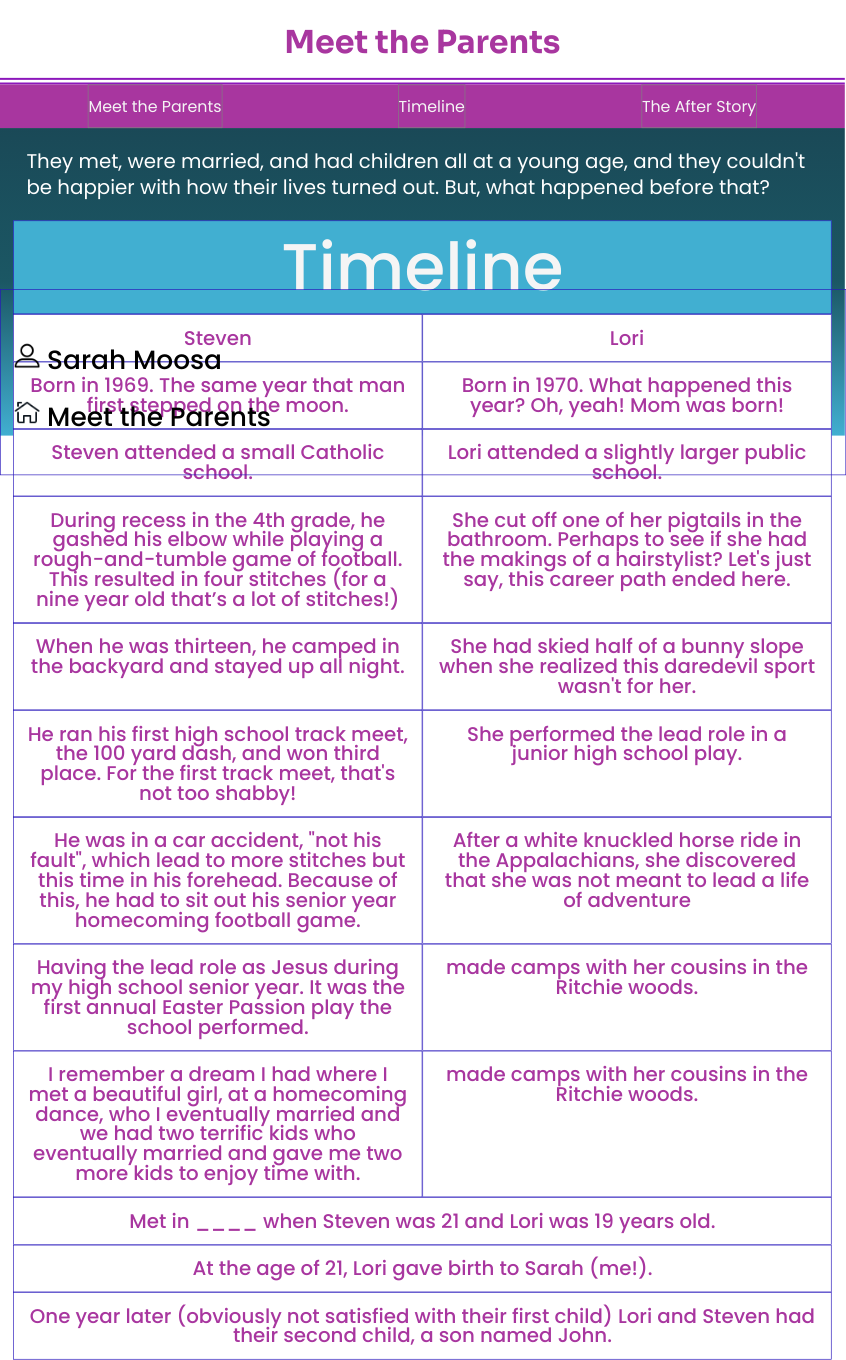
Repository: Sbethm/parents-tribute
Page: timeline.html
These files come from the project's save history. The page is drawn as it stood at one moment and after the next save; the edit follows.
The browser window is 1280 px wide. The page is 1282 px wide, so the pictures cover 1282 px, including what lies to the right of the window. The pictures show the whole page, at 66% of full size.

Above is the page before, as saved 2021-02-11 17:20:22.

### timeline.html
<!DOCTYPE html>
<html>
    <head>
      <meta charset="UTF-8">
      <title>Meet the Parents</title>
      <meta name="description" content="A choose your own story adventure game">
      <meta name="viewport" content="width=device-width, initial-scale=1.0">
      <link rel="preconnect" href="https://fonts.gstatic.com">
      <link href="https://fonts.googleapis.com/css2?family=Poppins:ital,wght@0,400;0,500;0,600;0,700;0,800;0,900;1,400;1,500;1,600;1,700;1,800;1,900&family=Sora:wght@400;500;600;700;800&display=swap" rel="stylesheet"> <!--
        This is used for headings:
        font-family: 'Sora', sans-serif;
        This is used for content:
        font-family: 'Poppins', sans-serif;-->
      <link href="style.css" type="text/css" rel="stylesheet">
    </head>

    <body>

      <header>
        <h1>Meet the Parents</h1>
        <nav class="navigation">
          <a href="index.html">Meet the Parents</a>
          <a href="timeline.html">Timeline</a>
          <a href="aftermarriage.html">The After Story</a>
          </nav>
      </header>
      <main>
        <section>
            <p>They met, were married, and had children all at a young age, and they couldn't be happier with how their lives turned out. But, what happened before that?</p>
        </section>
        <div class="grid">
            <div class="grid-box tl">Timeline</div>
            <div class="grid-box dad">Steven</div>
            <div class="grid-box mom">Lori</div>
            <!---------Dad's Grid Boxes---------->
            <div class="grid-box f-1">Born in 1969. The same year that man  first stepped on the moon.</div>
            <div class="grid-box f-2">Steven attended a small Catholic school.</div>
            <div class="grid-box f-3">During recess in the 4th grade, he gashed his elbow while playing a rough-and-tumble game of football. This resulted in four stitches (for a nine year old that’s a lot of stitches!)</div>
            <div class="grid-box f-4">When he was thirteen, he camped in the backyard and stayed up all night.</div>
            <div class="grid-box f-5">He ran his first high school track meet, the 100 yard dash, and won third place. For the first track meet, that's not too shabby!</div>
            <div class="grid-box f-6">He was in a car accident, "not his fault", which lead to more stitches but this time in his forehead. Because of this, he had to sit out his senior year homecoming football game.</div>
            <div class="grid-box f-7">Having the lead role as Jesus during my high school senior year. It was the first annual Easter Passion play the school performed.</div>
            <div class="grid-box f-8">I remember a dream I had where I met a beautiful girl, at a homecoming dance, who I eventually married and we had two terrific kids who eventually married and gave me two more kids to enjoy time with.</div>
            <!---------Mom's Grid Boxes---------->
            <div class="grid-box m-1">Born in 1970. What happened this year? Oh, yeah! Mom was born!</div>
            <div class="grid-box m-2">Lori attended a slightly larger public school.</div>
            <div class="grid-box m-3">She cut off one of her pigtails in the bathroom. Perhaps to see if she had the makings of a hairstylist? Let's just say, this career path ended here.</div>
            <div class="grid-box m-4">She had skied half of a bunny slope when she realized this daredevil sport wasn't for her.</div>
            <div class="grid-box m-5">She performed the lead role in a junior high school play.</div>
            <div class="grid-box m-6">After a white knuckled horse ride in the Appalachians, she discovered that she was not meant to lead a life of adventure</div>
            <div class="grid-box m-7">made camps with her cousins in the Ritchie woods.</div>
            <div class="grid-box m-8">made camps with her cousins in the Ritchie woods.</div>
            <!--------After They Met Boxes------->
            <div class="grid-box fm-1">Met in ____ when Steven was 21 and Lori was 19 years old.</div>
            <div class="grid-box fm-2">At the age of 21, Lori gave birth to Sarah (me!).</div>
            <div class="grid-box fm-3">One year later (obviously not satisfied with their first child) Lori and Steven had their second child, a son named John.</div>
        </div>
      </main>
      <footer>
        <img class="icon" src="img/profile_icon.png" alt="profile icon">
        Sarah Moosa
        <br><br>
        <img class="icon" src="img/home_icon.png" alt="home icon">
        Meet the Parents
      </footer>
    </body>

</html>

### style.css
/*
html5doctor.com Reset Stylesheet
v1.6.1
Last Updated: 2010-09-17
Author: Richard Clark - http://richclarkdesign.com
Twitter: @rich_clark
*/

html, body, div, span, object, iframe,
h1, h2, h3, h4, h5, h6, p, blockquote, pre,
abbr, address, cite, code,
del, dfn, em, img, ins, kbd, q, samp,
small, strong, sub, sup, var,
b, i,
dl, dt, dd, ol, ul, li,
fieldset, form, label, legend,
table, caption, tbody, tfoot, thead, tr, th, td,
article, aside, canvas, details, figcaption, figure,
footer, header, hgroup, menu, nav, section, summary,
time, mark, audio, video {
    margin:0;
    padding:0;
    border:0;
    outline:0;
    font-size:100%;
    vertical-align:baseline;
    background:transparent;
}

body {
    line-height:1;
}

article,aside,details,figcaption,figure,
footer,header,hgroup,menu,nav,section {
    display:block;
}

nav ul {
    list-style:none;
}

blockquote, q {
    quotes:none;
}

blockquote:before, blockquote:after,
q:before, q:after {
    content:'';
    content:none;
}

a {
    margin:0;
    padding:0;
    font-size:100%;
    vertical-align:baseline;
    background:transparent;
}

/* change colours to suit your needs */
ins {
    background-color:#ff9;
    color:#000;
    text-decoration:none;
}

/* change colours to suit your needs */
mark {
    background-color:#ff9;
    color:#000;
    font-style:italic;
    font-weight:bold;
}

del {
    text-decoration: line-through;
}

abbr[title], dfn[title] {
    border-bottom:1px dotted;
    cursor:help;
}

table {
    border-collapse:collapse;
    border-spacing:0;
}

/* change border colour to suit your needs */
hr {
    display:block;
    height:1px;
    border:0;
    border-top:1px solid #cccccc;
    margin:1em 0;
    padding:0;
}

input, select {
    vertical-align:middle;
}

/* MY CODE BELOW */

body {
    width: 100vw;
}

main {
    width: calc(100vw - 40px);
    height: calc(100vh - 294px);
    padding: 20px 20px;
    background-color: rgb(255, 255, 255);
}

header {
    width: 100vw;
    padding-top: 40px;
    color: rgb(168, 54, 159);
    background-color: rgb(255, 255, 255);
    display: flex;
    flex-direction: column;
    justify-content: center;
}

h1 {
    width: 100%;
    font-family: 'Sora', sans-serif;
    font-size: 3em;
    font-weight: 700;
    text-align: center;
    border-bottom: double 10px rgb(140, 23, 187);
    padding-bottom: 30px;
}

.navigation {
    width: 100%;
    background-color: rgb(168, 54, 159);
    text-align: center;
    display: flex;
    flex-direction: row;
    justify-content: space-around;
}

a {
    padding: 20px 0;
    background-color: rgb(168, 54, 159);
    font-family: 'Poppins', sans-serif;
    font-size: 1em;
    color: whitesmoke;
    text-decoration: none;
    border: solid 1px grey;
}

a:hover {
    background-color: wheat;
}

section {
    width: 100%;
    background-color: rgb(65, 175, 209);
    border: solid 1px rgb(40, 23, 187);
}

h2 {
    max-width: 100%;
    padding: 10px 20px;
    font-family: 'Sora', sans-serif;
    font-size: 1.5em;
    font-weight: 600;
    color: rgb(168, 54, 159);
}

.disney-adventure__img,
.img-sitting {
    max-width: 100%;
    height: auto;
    justify-content: center;
    align-content: center;
    border-top: solid 3px whitesmoke;
    border-bottom: solid 3px whitesmoke;
}

p {
    padding: 10px 20px;
    font-family: 'Poppins', sans-serif;
    font-size: 1em;
    line-height: 20px;
    color: rgb(255, 255, 255);
}

.grid {
    display: grid;
    margin: 20px 0;
    grid-template-columns: 1fr 1fr;
    grid-template-rows: repeat(13, fit-content);
    grid-template-areas:
        "tl tl"
        "dad mom"
        "f-1 m-1"
        "f-2 m-2"
        "f-3 m-3"
        "f-4 m-4"
        "f-5 m-5"
        "f-6 m-6"
        "f-7 m-7"
        "f-8 m-8"
        "fm-1 fm-1"
        "fm-2 fm-2"
        "fm-3 fm-3";
}

.grid-box {
    border: solid 1px rgb(40, 23, 187);
    background-color: rgb(255, 255, 255);
    padding: 5px;
    color: rgb(168, 54, 159);
    text-align: center;
    font-family: 'Poppins', sans-serif;
    font-weight: 500;
    font-size: 1em;
}

.tl {
    grid-area: tl;
    font-size: 1.5em;
    font-weight: 500;
    color: whitesmoke;
    background-color: rgb(65, 175, 209);
}
.dad {
    grid-area: dad;
}

.mom {
    grid-area: mom;
}

.f-1 {
    grid-area: f-1;
}

.f-2 {
    grid-area: f-2;

}

.f-3 {
    grid-area: f-3;

}

.f-4 {
    grid-area: f-4;

}

.f-5 {
    grid-area: f-5;

}

.f-6 {
    grid-area: f-6;

}

.f-7 {
    grid-area: f-7;

}

.f-8 {
    grid-area: f-8;

}

.m-1 {
    grid-area: m-1;
}

.m-2 {
    grid-area: m-2;
}

.m-3 {
    grid-area: m-3;
}

.m-4 {
    grid-area: m-4;
}

.m-5 {
    grid-area: m-5;
}

.m-6 {
    grid-area: m-6;
}

.m-7 {
    grid-area: m-7;
}

.m-8 {
    grid-area: m-8;
}

.fm-1 {
    grid-area: fm-1;
}

.fm-2 {
    grid-area: fm-2;
}

.fm-3 {
    grid-area: fm-3;
}

footer {
    width: calc(100vw - 40px);
    height: 100px;
    padding: 40px 20px 0 20px;
    position: absolute;
    bottom: 0;
    font-family: 'Poppins', sans-serif;
    font-size: 1em;
    font-weight: 500;
    border: solid 1px rgb(40, 23, 187);
}

.icon {
    width: 20px;
    height: auto;
}


@media screen and (min-width: 700px) and (max-width: 1500px) {

    main {
        background-image: linear-gradient(180deg, rgb(26, 73, 87), rgb(27, 87, 100), rgb(65, 175, 209));
    }

    a {
        font-size: 1.5em;
    }
    p {
        padding: 0;
        font-family: 'Poppins', sans-serif;
        font-size: 0.25em;
        line-height: 20px;
        color: rgb(255, 255, 255);
    }

    section {
        width: 100%;
        background-color: rgb(40, 23, 187, 0);
        border: none;
    }

    .section__intro {
        display: grid;
        grid-template-columns: 50% 50%;
        grid-template-rows: 100px 400px;
        grid-template-areas:
            "title p1"
            "picture p2";
    }

    section h2 {
        grid-area: title;
        align-self: center;
        justify-self: center;
    }

    h2 {
        font-size: 2.5em;
        color: rgb(243, 101, 231);
    }

    .img-sitting {
        max-height: 360px;
        margin-bottom: 20px;
        border: double 3px whitesmoke;
        grid-area: picture;
        justify-self: center;
        align-self: center;
    }

    .p1 {
        align-self: flex-start;
        grid-area: p2;
        font-size: 1.5em;
        padding-left: 40px;
    }

    .p2 {
        align-self: flex-end;
        grid-area: p2;
        font-size: 1.5em;
        padding-left: 40px;
        padding-bottom: 30px;
    }

    p {
        padding: 10px 20px;
        font-family: 'Poppins', sans-serif;
        font-size: 30px;
        line-height: 40px;
        color: rgb(255, 255, 255);
    }

    .grid {
        display: grid;
        margin: 20px 0;
        grid-template-columns: 1fr 1fr;
        grid-template-rows: repeat(13, fit-content);
        grid-template-areas:
            "tl tl"
            "dad mom"
            "f-1 m-1"
            "f-2 m-2"
            "f-3 m-3"
            "f-4 m-4"
            "f-5 m-5"
            "f-6 m-6"
            "f-7 m-7"
            "f-8 m-8"
            "fm-1 fm-1"
            "fm-2 fm-2"
            "fm-3 fm-3";
    }

    .grid-box {
        border: solid 1px rgb(40, 23, 187);
        background-color: rgb(255, 255, 255);
        padding: 20px;
        color: rgb(168, 54, 159);
        text-align: center;
        font-family: 'Poppins', sans-serif;
        font-weight: 500;
        font-size: 30px;
    }

    .tl {
        grid-area: tl;
        font-size: 100px;
        font-weight: 500;
        color: whitesmoke;
        background-color: rgb(65, 175, 209);
    }
    .dad {
        grid-area: dad;
    }

    .mom {
        grid-area: mom;
    }

    .f-1 {
        grid-area: f-1;
    }

    .f-2 {
        grid-area: f-2;

    }

    .f-3 {
        grid-area: f-3;

    }

    .f-4 {
        grid-area: f-4;

    }

    .f-5 {
        grid-area: f-5;

    }

    .f-6 {
        grid-area: f-6;

    }

    .f-7 {
        grid-area: f-7;

    }

    .f-8 {
        grid-area: f-8;

    }

    .m-1 {
        grid-area: m-1;
    }

    .m-2 {
        grid-area: m-2;
    }

    .m-3 {
        grid-area: m-3;
    }

    .m-4 {
        grid-area: m-4;
    }

    .m-5 {
        grid-area: m-5;
    }

    .m-6 {
        grid-area: m-6;
    }

    .m-7 {
        grid-area: m-7;
    }

    .m-8 {
        grid-area: m-8;
    }

    .fm-1 {
        grid-area: fm-1;
    }

    .fm-2 {
        grid-area: fm-2;
    }

    .fm-3 {
        grid-area: fm-3;
    }

    footer {
        width: calc(100vw - 40px);
        height: 200px;
        padding: 80px 20px 0 20px;
        font-family: 'Poppins', sans-serif;
        font-size: 40px;
        font-weight: 500;
        border: solid 1px rgb(40, 23, 187);
    }

    .icon {
        width: 40px;
        height: auto;
    }
}

/*@media only screen and (min-width: 900px) {
}*/

After the next save:
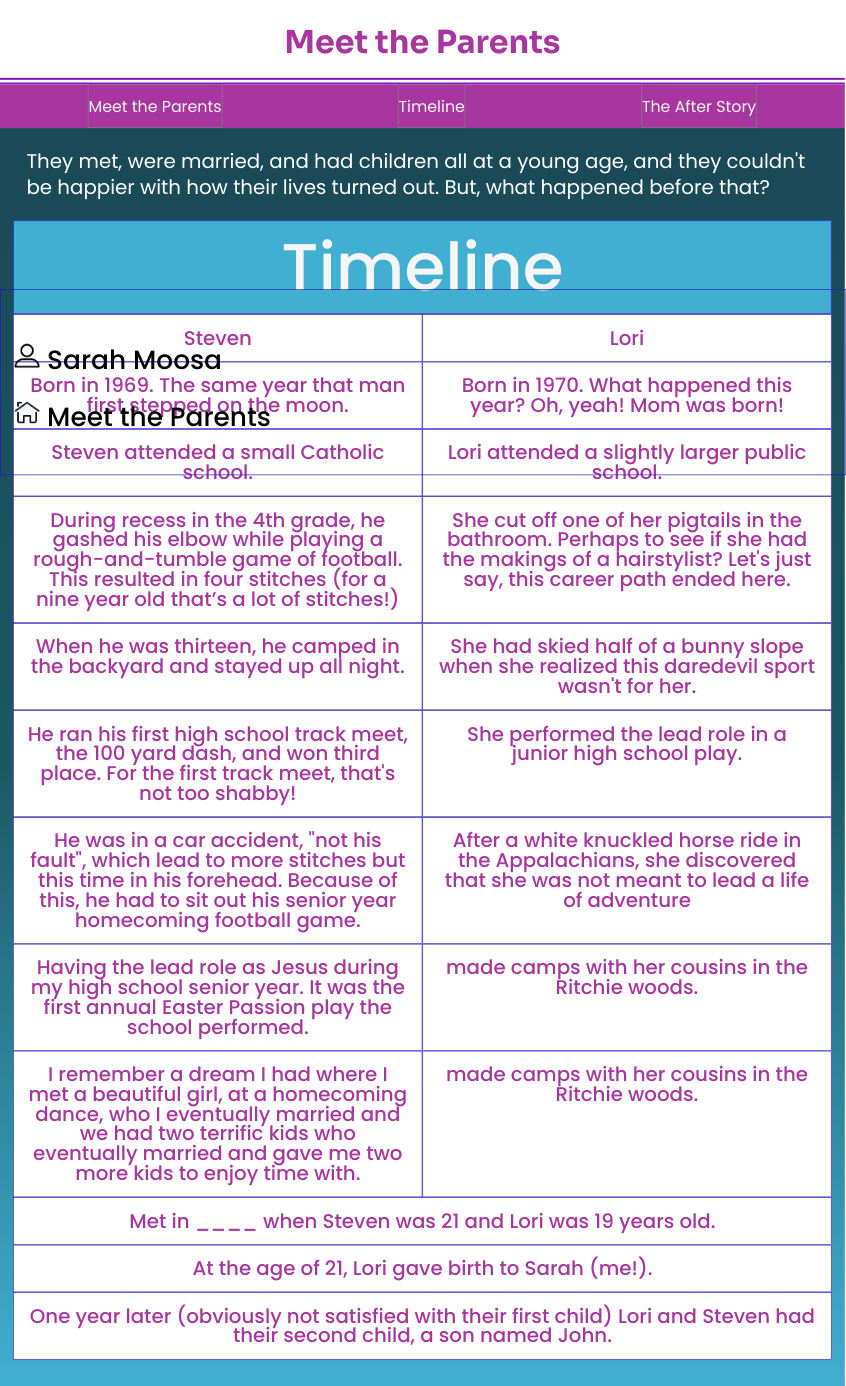
Saved 28 s later.
--- a/style.css
+++ b/style.css
@@ -109,7 +109,7 @@ body {
 
 main {
     width: calc(100vw - 40px);
-    height: calc(100vh - 294px);
+    height: calc(100vh - px);
     padding: 20px 20px;
     background-color: rgb(255, 255, 255);
 }
